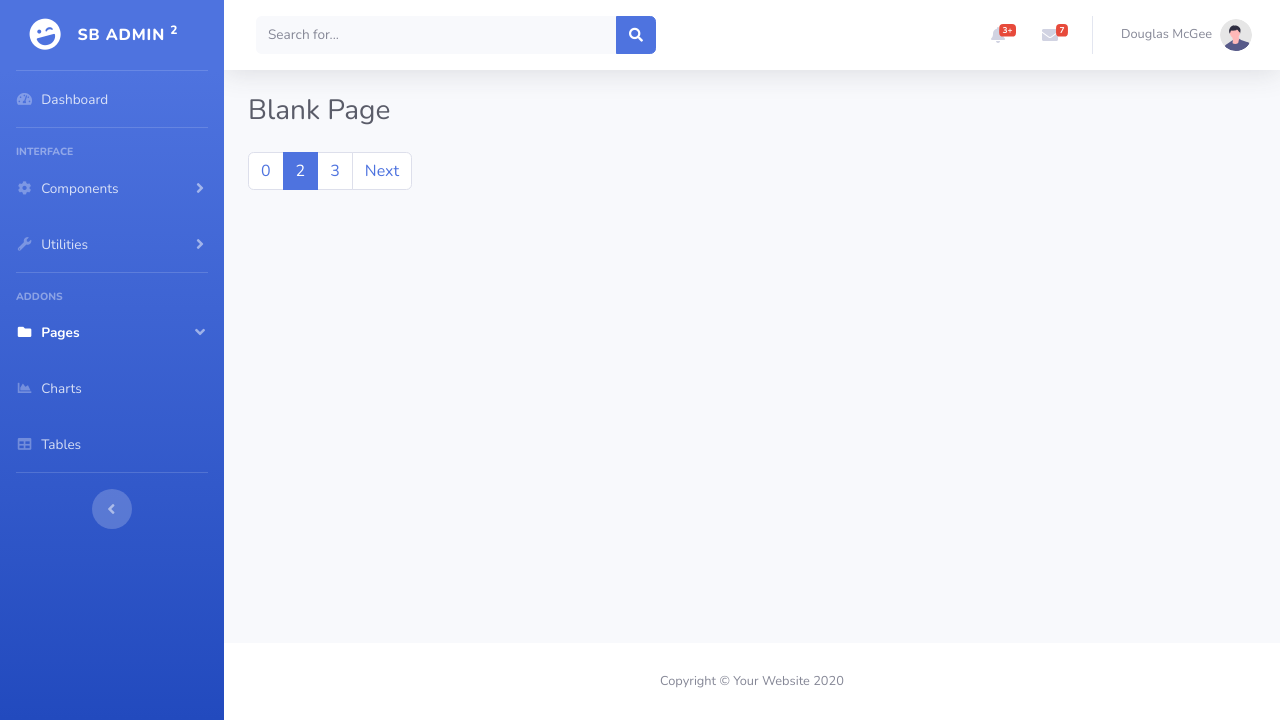
Repository: Jowen0/stsws
Page: http://localhost/j0308/WEB-INF/views/board/list.jsp
The author's editor kept a copy of each file at every save. The page is drawn from the files as they stood at one save, then again after the next save.
The browser window is 1280 px wide. The pictures show the whole page.
The page is served by Tomcat 9. Nobody is signed in. The template is opened directly, without the code that normally fills it, so the values that code supplies are empty.

Above is the page before, as saved 2021-03-09 05:31:23.

After the next save:
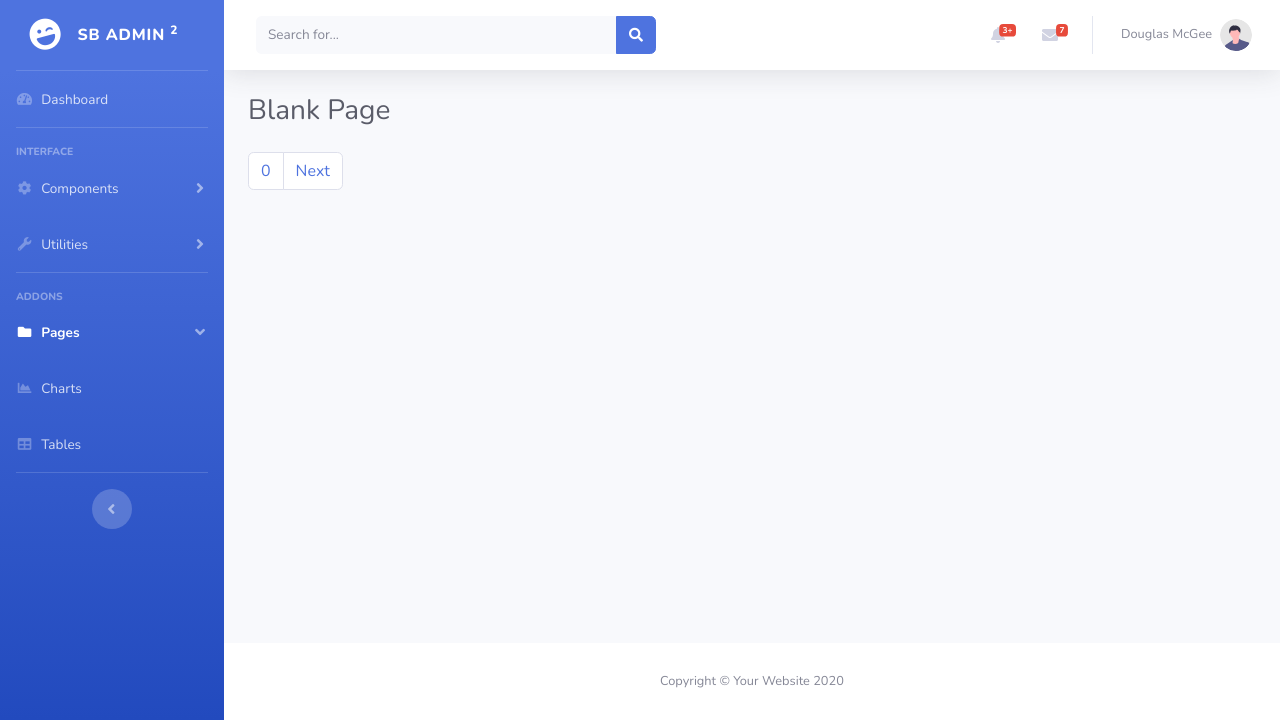
Saved 36 s later.
--- a/j0308/src/main/webapp/WEB-INF/views/board/list.jsp
+++ b/j0308/src/main/webapp/WEB-INF/views/board/list.jsp
@@ -16,11 +16,10 @@
   <c:forEach begin = "${pageMaker.start }" end = "${pageMaker.end }" var="num">
     <li class="page-item"><a class="page-link" href="${num }">${num }</a></li>
   </c:forEach>
-    <li class="page-item active">
+<!--     <li class="page-item active">
       <a class="page-link" href="#">2 <span class="sr-only">(current)</span></a>
-    </li>
+    </li> -->
 
-    <li class="page-item"><a class="page-link" href="#">3</a></li>
     <li class="page-item">
       <a class="page-link" href="#">Next</a>
     </li>
